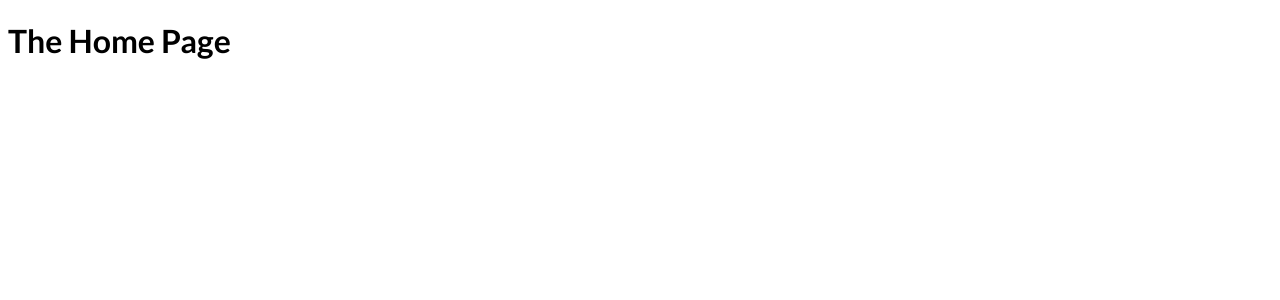
Repository: dydals3440/NextJS-Study
Page: / (app in 05-FullStack-Next.js/)
An editor plug-in stored every save of this project. The page is shown before and after a run of saves, followed by the edit.
The browser window is 1280 px wide. The pictures show the whole page.
The project was rebuilt for these pictures with package versions that can differ from the ones it lists, and the page was loaded fresh each time. The framework's server and built-in components were replaced by stand-ins that run in the browser.

Above is the page before, as saved 2023-09-03 21:15:15.

### 05-FullStack-Next.js/pages/index.js
function HomePage() {
  return (
    <div>
      <h1>The Home Page</h1>
      <form></form>
    </div>
  );
}

export default HomePage;

Loaded but not shown: 05-FullStack-Next.js/pages/_app.js (common file); 05-FullStack-Next.js/styles/globals.css (common file)

After the next 2 saves:
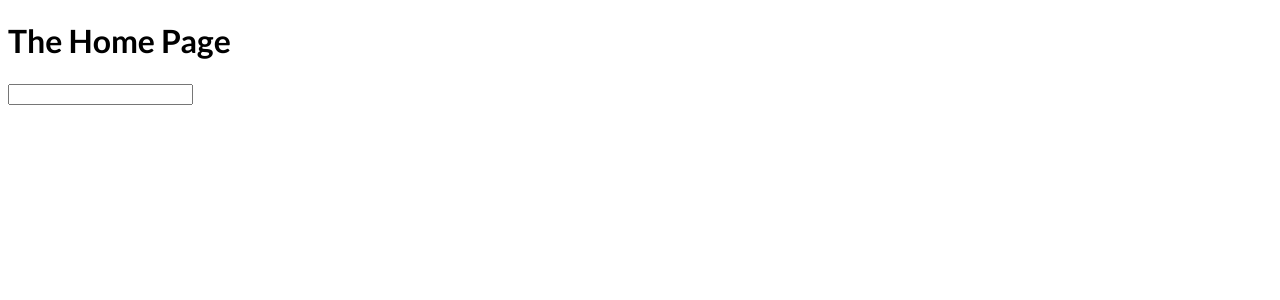
The 2 saves are shown as one change because they came seconds apart.
The last was saved 33 s later.
--- a/05-FullStack-Next.js/pages/index.js
+++ b/05-FullStack-Next.js/pages/index.js
@@ -2,7 +2,10 @@ function HomePage() {
   return (
     <div>
       <h1>The Home Page</h1>
-      <form></form>
+      <form>
+        <label htmlFor='email'></label>
+        <input type='email' id='email' />
+      </form>
     </div>
   );
 }
